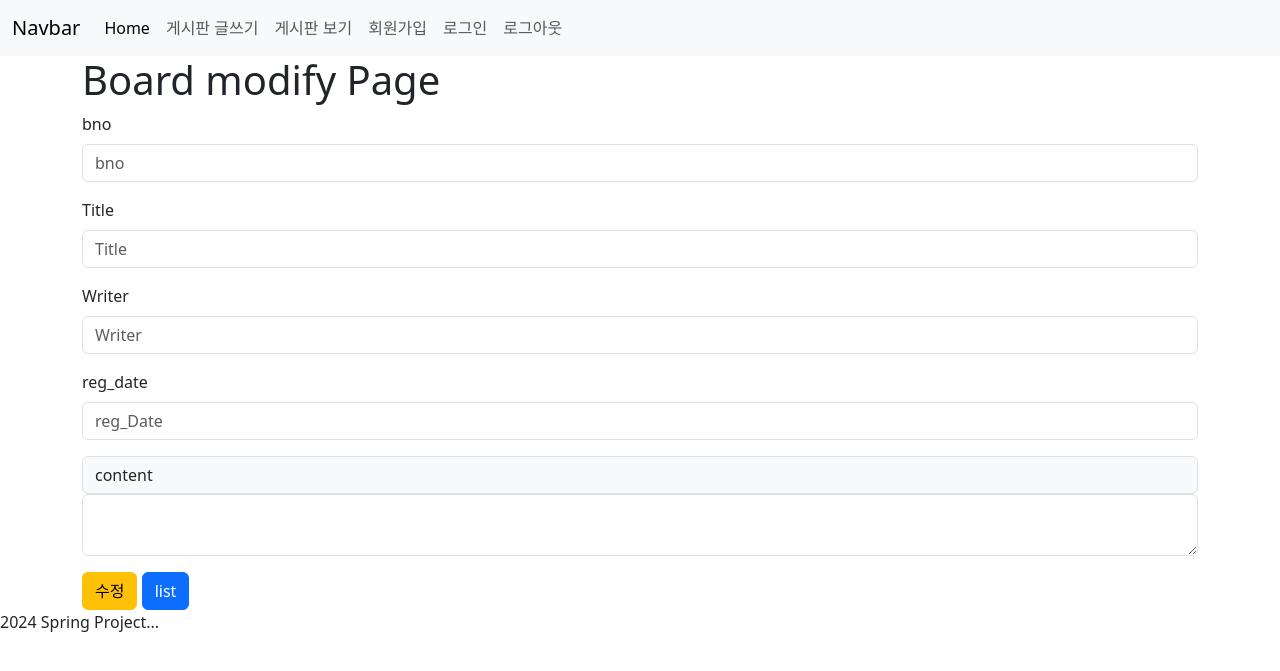
Repository: leegangjin/springTest240430
Page: http://localhost/spring_study/WEB-INF/views/board/modify.jsp
These files come from the project's save history. The page is drawn as it stood at one moment and after the next save; the edit follows.
The browser window is 1280 px wide. The pictures show the whole page.
The page is served by Tomcat 9. Nobody is signed in. The template is opened directly, without the code that normally fills it, so the values that code supplies are empty.

Above is the page before, as saved 2024-04-24 06:49:35.

### spring_study/src/main/webapp/WEB-INF/views/board/modify.jsp

<%@ page language="java" contentType="text/html; charset=UTF-8"
	pageEncoding="UTF-8"%>


<jsp:include page="../layout/header.jsp"></jsp:include>
<div class="container-md">
<h1>Board modify Page</h1>

<form action="/board/modify" method="post">
	<div class="mb-3">
		<label for="formGroupExampleInput" class="form-label">bno</label> <input
			type="text" class="form-control" name="bno" id="n" value="${bvo.bno }" readonly="readonly"
			placeholder="bno">
	</div>
	<div class="mb-3">
		<label for="formGroupExampleInput" class="form-label">Title</label> <input
			type="text" class="form-control" name="title" id="t" value="${bvo.title }"
			placeholder="Title">
	</div>
	<div class="mb-3">
		<label for="formGroupExampleInput" class="form-label">Writer</label> <input
			type="text" class="form-control" name="writer" id="w" value="${bvo.writer }" readonly="readonly"
			placeholder="Writer">
	</div>
	<div class="mb-3">
		<label for="formGroupExampleInput" class="form-label">reg_date</label> <input
			type="text" class="form-control" name="reg_date" id="r" value="${bvo.reg_date }" readonly="readonly"
			placeholder="reg_Date">
	</div>
	<div class="mb-3">
		<label class="input-group-text">content</label>
		<textarea class="form-control" name="content"
			aria-label="With textarea">${bvo.content }</textarea>
	</div>
	<button type="submit" class="btn btn-warning">수정</button>

	<a href="/board/list"><button type="button" class="btn btn-primary">list</button></a>
</form>
</div>

<jsp:include page="../layout/footer.jsp"></jsp:include>

### spring_study/src/main/webapp/WEB-INF/views/layout/header.jsp
<%@ page language="java" contentType="text/html; charset=UTF-8"
    pageEncoding="UTF-8"%>
<!DOCTYPE html>
<html>
<head>
<meta charset="UTF-8">
<title>header.jsp</title>
</head>
<link href="https://cdn.jsdelivr.net/npm/bootstrap@5.3.3/dist/css/bootstrap.min.css" rel="stylesheet" integrity="sha384-QWTKZyjpPEjISv5WaRU9OFeRpok6YctnYmDr5pNlyT2bRjXh0JMhjY6hW+ALEwIH" crossorigin="anonymous">
<script src="https://cdn.jsdelivr.net/npm/bootstrap@5.3.3/dist/js/bootstrap.bundle.min.js" integrity="sha384-YvpcrYf0tY3lHB60NNkmXc5s9fDVZLESaAA55NDzOxhy9GkcIdslK1eN7N6jIeHz" crossorigin="anonymous"></script>
<body>
<nav class="navbar navbar-expand-lg bg-body-tertiary">
  <div class="container-fluid">
    <a class="navbar-brand" href="#">Navbar</a>
    <button class="navbar-toggler" type="button" data-bs-toggle="collapse" data-bs-target="#navbarSupportedContent" aria-controls="navbarSupportedContent" aria-expanded="false" aria-label="Toggle navigation">
      <span class="navbar-toggler-icon"></span>
    </button>
    <div class="collapse navbar-collapse" id="navbarSupportedContent">
      <ul class="navbar-nav me-auto mb-2 mb-lg-0">
        <li class="nav-item">
          <a class="nav-link active" aria-current="page" href="#">Home</a>
        </li>
        <li class="nav-item">
          <a class="nav-link" href="/board/register">게시판 글쓰기</a>
        </li>
        <li class="nav-item">
          <a class="nav-link" href="/board/list">게시판 보기</a>
        </li>
        <li class="nav-item">
          <a class="nav-link" href="#">회원가입</a>
        </li>
        <li class="nav-item">
          <a class="nav-link" href="#">로그인</a>
        </li>
        <li class="nav-item">
          <a class="nav-link" href="#">로그아웃</a>
        </li>
        </ul>
    </div>
  </div>
</nav>

### spring_study/src/main/webapp/WEB-INF/views/layout/footer.jsp
<%@ page language="java" contentType="text/html; charset=UTF-8"
	pageEncoding="UTF-8"%>
<!DOCTYPE html>
<html>
<head>
<meta charset="UTF-8">



<div class="mb-3" >2024 Spring Project...</div>
</body>
</html>

After the next save:
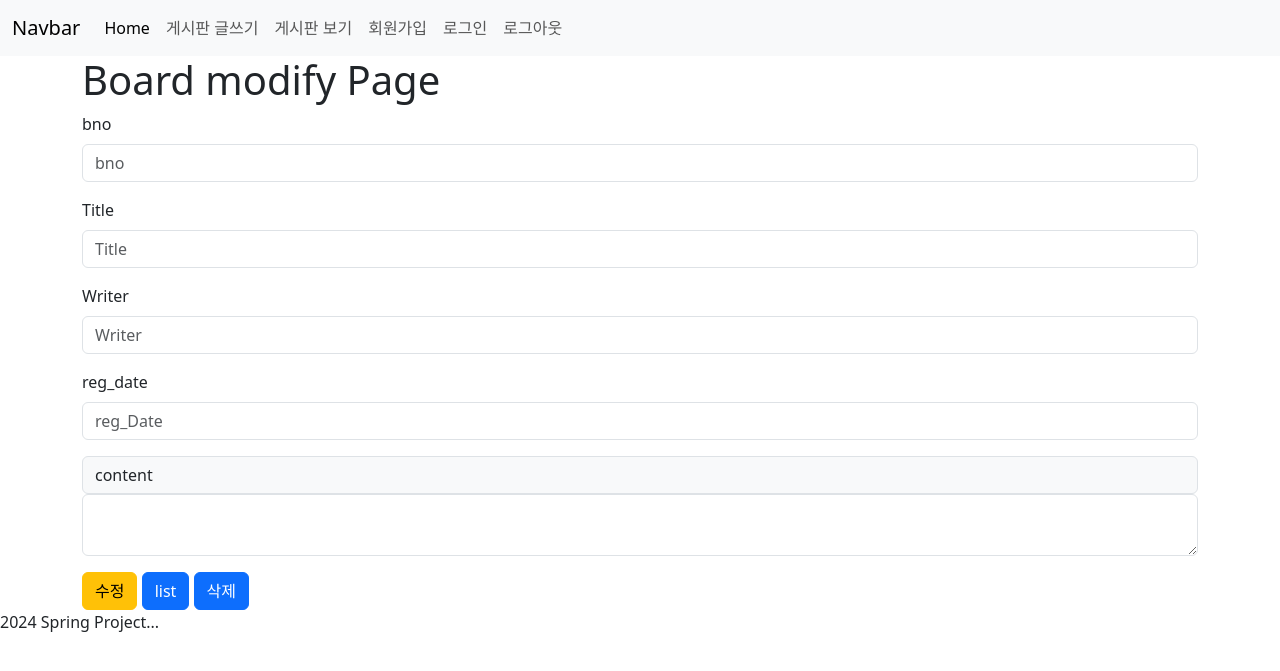
Saved 38 s later.
--- a/spring_study/src/main/webapp/WEB-INF/views/board/modify.jsp
+++ b/spring_study/src/main/webapp/WEB-INF/views/board/modify.jsp
@@ -36,6 +36,7 @@
 	<button type="submit" class="btn btn-warning">수정</button>
 
 	<a href="/board/list"><button type="button" class="btn btn-primary">list</button></a>
+	<a href="/board/remove"><button type="button" class="btn btn-primary">삭제</button></a>
 </form>
 </div>
 
